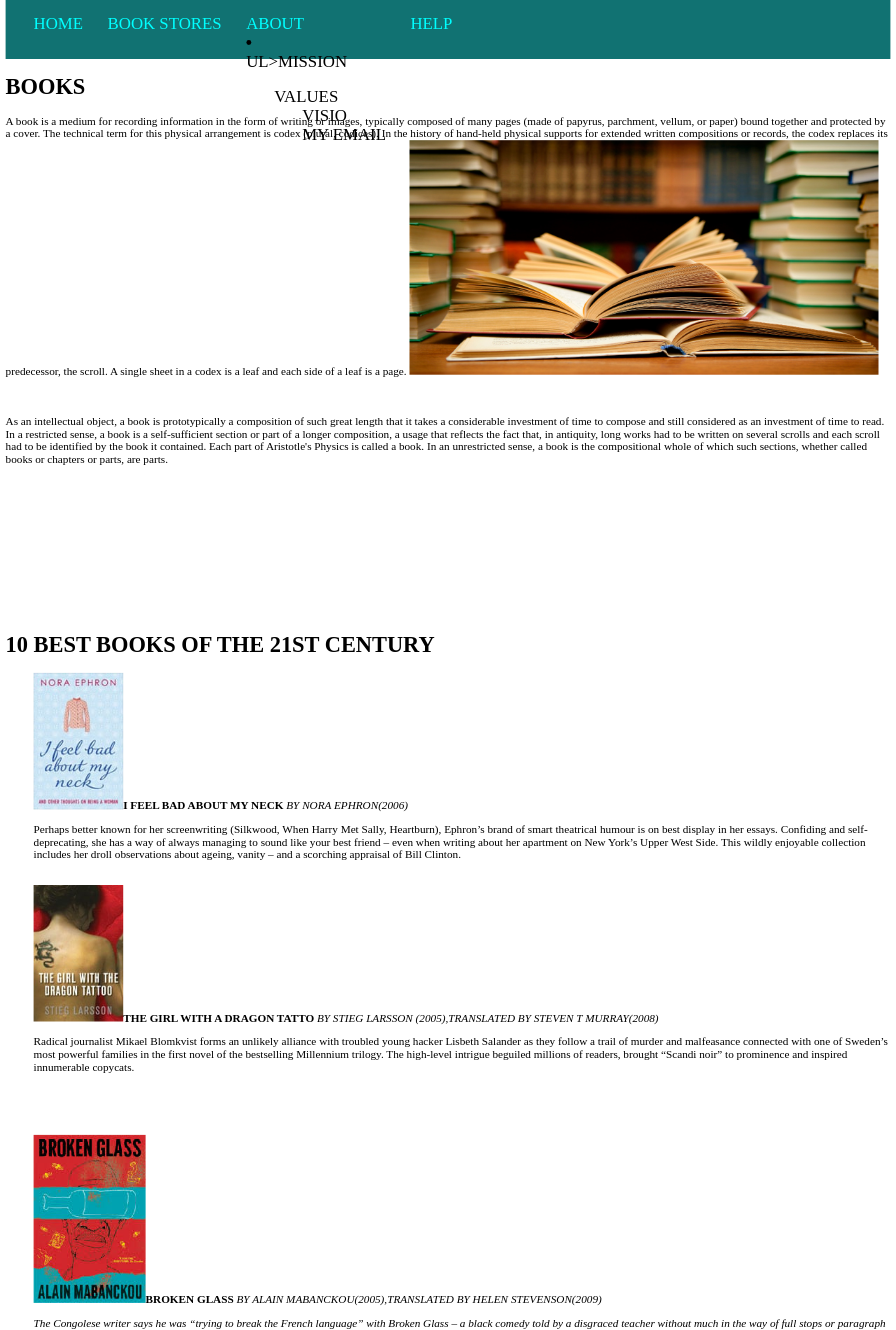
Repository: Hanan-arts/websites
Page: 01 web design/website.html
These files come from the project's save history. The page is drawn as it stood at one moment and after the next save; the edit follows.
The browser window is 1280 px wide. The pictures show the part of the page from y = 566 to 2466 px (the page is 4708 px tall), at 70% of full size.
A picture or video elsewhere on the page could not be fetched, so the positions and the page height are approximate.

Above is the page before, as saved 2021-02-15 12:03:32.

After the next save:
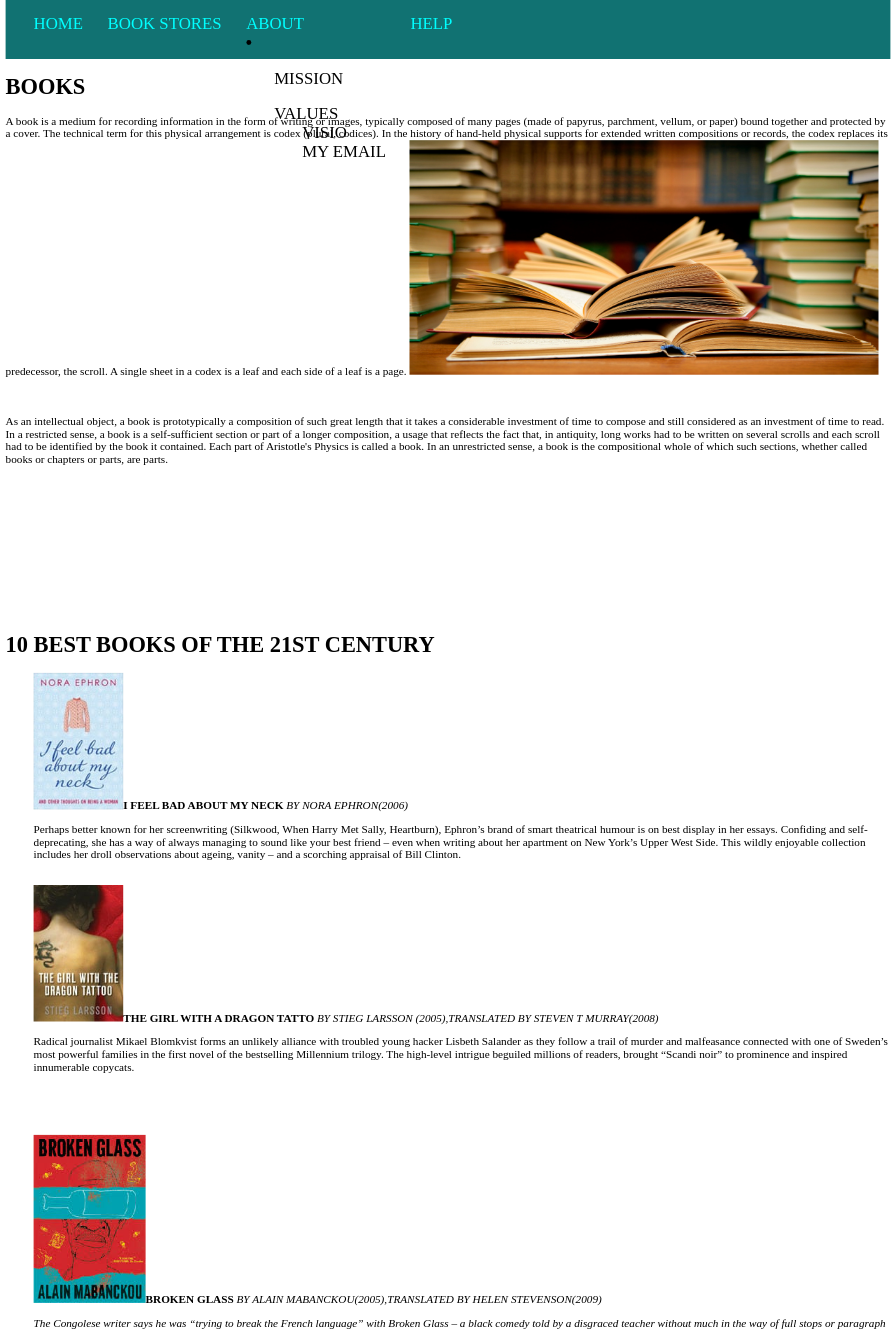
Saved 5 s later.
--- a/01 web design/website.html
+++ b/01 web design/website.html
@@ -27,7 +27,7 @@
             </div>
                 <div class="nav-link-wrapper">
                     <a href="About.html">ABOUT</a>
-                    <li></li>ul>mission</ul>
+                    <li></li><ul>mission</ul>
                     <ul>values</ul<>
                     <ul>visio</ul>
                     <ul>my email</ul>
